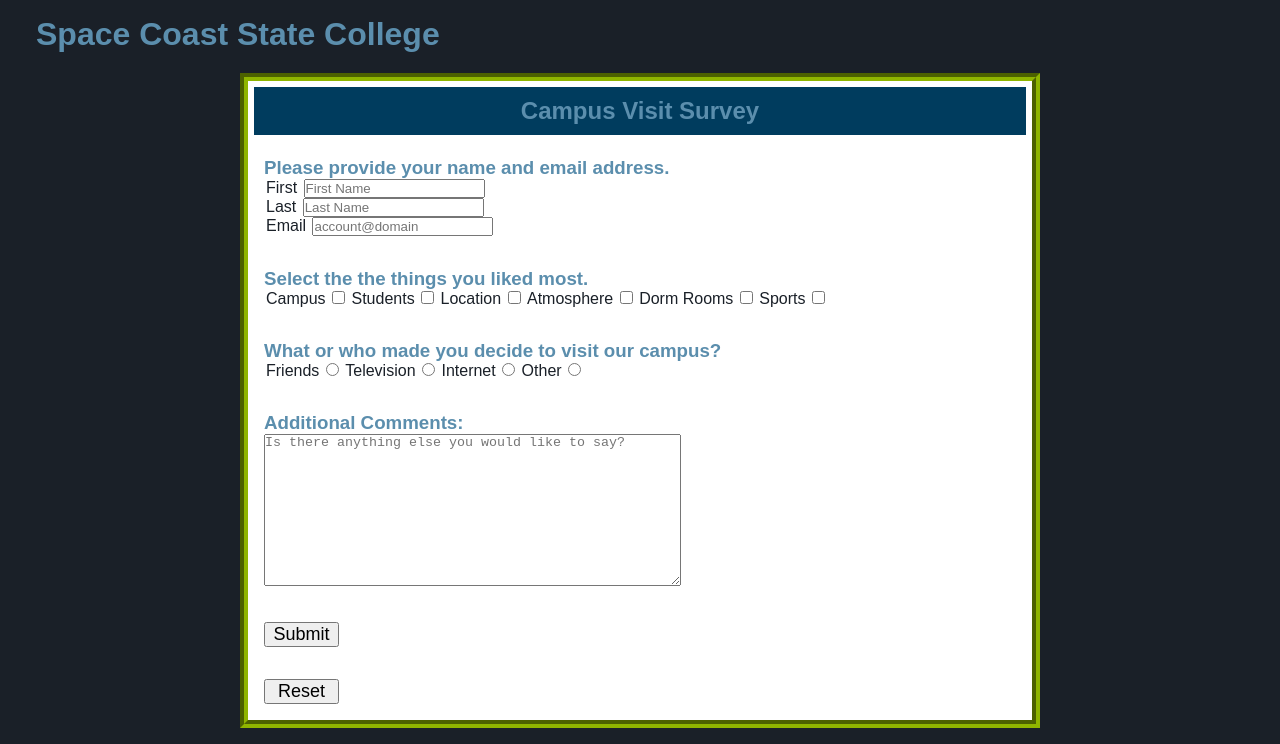
Repository: mlmEFSC21/P2-University-Form
Page: index.html
These files come from the project's save history. The page is drawn as it stood at one moment and after the next save; the edit follows.
The browser window is 1280 px wide. The pictures show the whole page.
Some web fonts or font styles are not loaded; a fallback is used.

Above is the page before, as saved 2022-01-29 20:02:05.

### index.html
<!DOCTYPE html>
<html lang="en">
    <head>
        <meta charset="UTF-8" />
        <meta http-equiv="X-UA-Compatible" content="IE=edge" />
        <meta name="viewport" content="width=device-width, initial-scale=1.0" />
        <title>University Form</title>
        <link rel="stylesheet" href="uniFormStyles.css" />
    </head>
    <body>
        <header>
            <h1>Space Coast State College</h1>
        </header>
        <main>
            <section class="flex">
                <!-- REMEMBER TO CHANGE THIS TO A POST TO DEITEL!!!!!!!!!!-->
                <form action="results.html" method="GET">
                    <h2>Campus Visit Survey</h2>
                    <article class="info">
                        <h3>Please provide your name and email address.</h3>
                        <div>
                            <label for="fname">First</label>
                            <input
                                type="text"
                                id="fname"
                                name="fname"
                                required
                                placeholder="First Name"
                            />
                        </div>
                        <div>
                            <label for="lname">Last</label>
                            <input
                                type="text"
                                id="lname"
                                name="lname"
                                required
                                placeholder="Last Name"
                            />
                        </div>
                        <div>
                            <label for="email">Email</label>
                            <input
                                type="email"
                                id="email"
                                name="email"
                                required
                                placeholder="account@domain"
                            />
                        </div>
                    </article>
                    <article class="favFeatures">
                        <h3>Select the the things you liked most.</h3>
                        <label for="campus">Campus</label>
                        <input type="checkbox" id="campus" name="campus" />
                        <label for="students">Students</label>
                        <input type="checkbox" id="students" name="students" />
                        <label for="location">Location</label>
                        <input type="checkbox" id="location" name="location" />
                        <label for="atmosphere">Atmosphere</label>
                        <input
                            type="checkbox"
                            id="atmosphere"
                            name="atmosphere"
                        />
                        <label for="dorms">Dorm Rooms</label>
                        <input type="checkbox" id="dorms" name="dorms" />
                        <label for="sports">Sports</label>
                        <input type="checkbox" id="sports" name="sports" />
                    </article>
                    <article class="recommend">
                        <h3>
                            What or who made you decide to visit our campus?
                        </h3>
                        <label for="friends">Friends</label>
                        <input
                            type="radio"
                            id="friends"
                            name="referred"
                            required
                        />
                        <label for="television">Television</label>
                        <input type="radio" id="television" name="referred" />
                        <label for="internet">Internet</label>
                        <input type="radio" id="internet" name="referred" />
                        <label for="other">Other</label>
                        <input type="radio" id="other" name="referred" />
                    </article>
                    <article>
                        <h3>Additional Comments:</h3>
                        <textarea
                            name="comments"
                            placeholder="Is there anything else you would like to say?"
                            rows="10"
                            cols="50"
                        ></textarea>
                    </article>
                    <button type="submit" class="submit">Submit</button>
                    <button type="reset" class="reset">Reset</button>
                </form>
            </section>
        </main>
    </body>
</html>

### uniFormStyles.css
@import url("https://fonts.googleapis.com/css2?family=Spectral:wght@400&display=swap");

:root {
    --clr-prime: #003c5e;
    --clr-second: #1a2028;
    --clr-accent: #8fb500;
    --clr-font-prime: #5b8ead;
    --clr-font-second: black;
}

*,
*::before,
*::after {
    margin: 0;
    padding: 0;
    box-sizing: border-box;
}
body {
    margin: 0 1.25em;
    padding: 1em;
    background-color: var(--clr-second);
    font-family: "Spectral", sans-serif;
    color: var(--clr-font-prime);
}
header {
    color: var(--clr-font-prime);
    margin-bottom: 1.25em;
}
h2 {
    margin: -10px;
    background-color: var(--clr-prime);
    border: 10px solid var(--clr-prime);
    text-align: center;
}
form {
    display: flex;
    flex-direction: column;
    max-width: 800px;
    border: 8px groove var(--clr-accent);
    background-color: white;
    gap: 2rem;
    margin: auto;
    padding: 1rem;
}
input {
    accent-color: var(--clr-accent);
}
label {
    color: var(--clr-second);
    padding: 2px;
}
button {
    width: 75px;
    font-size: large;
    cursor: pointer;
}

After the next save:
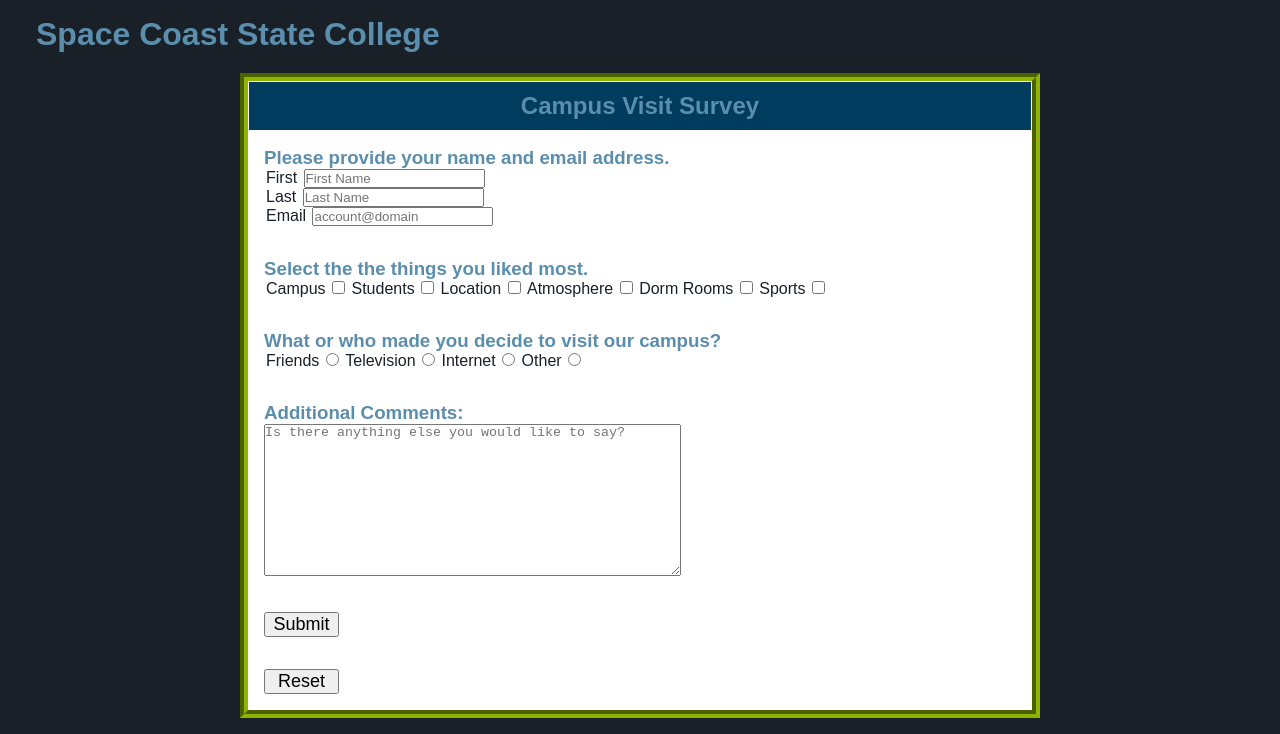
Saved 9 s later.
--- a/uniFormStyles.css
+++ b/uniFormStyles.css
@@ -27,7 +27,7 @@ header {
     margin-bottom: 1.25em;
 }
 h2 {
-    margin: -10px;
+    margin: -15px;
     background-color: var(--clr-prime);
     border: 10px solid var(--clr-prime);
     text-align: center;
